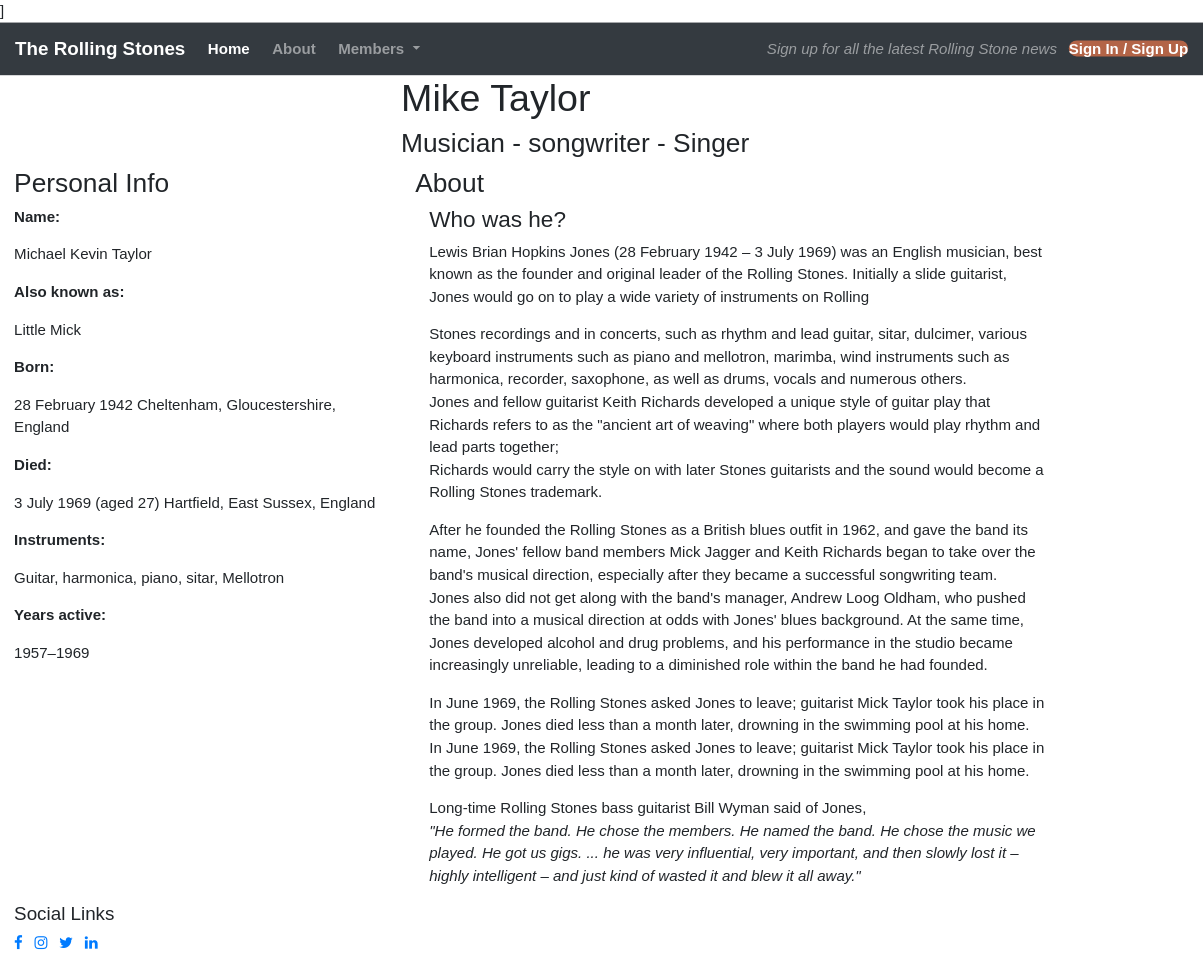
Repository: TecDruid/rolling-stones-fan-site
Page: mike-taylor.html
The author's editor kept a record of every edit. The page is drawn from the files as they stood at one moment, then again after the next edit.
The browser window is 1280 px wide. The pictures show the whole page, at 94% of full size.
Some web fonts or font styles are not loaded; a fallback is used. Some web libraries are served in a nearby version.

Above is the page before.

### mike-taylor.html
<!DOCTYPE html>
<html lang="en">

<head>
    <meta charset="utf-8">
    <meta name="viewport" content="width=device-width, initial-scale=1.0">
    <link rel="stylesheet" href="https://maxcdn.bootstrapcdn.com/bootstrap/4.1.3/css/bootstrap.min.css">
    <link rel="stylesheet" href="https://use.fontawesome.com/releases/v5.6.1/css/all.css" integrity="sha384-gfdkjb5BdAXd+lj+gudLWI+BXq4IuLW5IT+brZEZsLFm++aCMlF1V92rMkPaX4PP" crossorigin="anonymous">
    <link rel="stylesheet" href="https://stackpath.bootstrapcdn.com/font-awesome/4.7.0/css/font-awesome.min.css" type="text/css" />
    <link href="https://fonts.googleapis.com/css?family=Stylish" rel="stylesheet">
    <link rel="stylesheet" href="css/style.css" type="text/css" />
    <title>Mike Taylor</title>
</head>

<body>

    <!----------------------------------------Nav--------------------------------------------->]


    <div class="nav-container"></div>
    <nav class="navbar navbar-dark navbar-expand-sm bg-dark">
        <a href="/" class="navbar-brand">
                    The Rolling Stones</a>

        <button class="navbar-toggler ml-auto" type="button" data-toggle="collapse" data-target="#navbarNavDropdown" aria-controls="navbarNavDropdown" aria-expanded="false" aria-label="Toggle navigation">
        <span class="navbar-toggler-icon"></span></button>

        <div class="collapse navbar-collapse" id="navbarNavDropdown">
            <ul class="navbar-nav mr-auto">
                <li class="active nav-item mr-2"><a class="nav-link" href="/">Home</a></li>
                <li class="nav-item mr-2"><a class="nav-link" href="">About</a></li>
                <li class="nav-item dropdown">
                    <a class="nav-link dropdown-toggle" href="#" id="navbarDropdownMenuLink" role="button" data-toggle="dropdown" aria-haspopup="true" aria-expanded="false">
          Members
        </a>
                    <div class="dropdown-menu" aria-labelledby="navbarDropdownMenuLink">
                        <a class="dropdown-item" href="members/brian-jones.html">Brian Jones</a>
                        <a class="dropdown-item" href="members/mick-jagger.html">Mick Jagger</a>
                        <a class="dropdown-item" href="members/keith-richards.html">Keith Richards</a>
                        <a class="dropdown-item" href="members/bill-wyman.html">Bill Wyman</a>
                        <a class="dropdown-item" href="members/charlie-watts.html">Charlie Watts</a>
                        <a class="dropdown-item" href="members/ronnie-wood.html">Ronnie Wood</a>
                        <a class="dropdown-item" href="members/ian-stewart.html">Ian Stewart</a>
                        <a class="dropdown-item" href="members/mike-taylor.html">Mick Taylor</a>
                    </div>
                </li>

                <li class="nav-item mr-2 d-block d-sm-none"><a class="nav-link" href="">Sign In / Sign Up</a></li>
            </ul>
        </div>
        <div class="d-none d-md-block">
            <p class="navbar-text my-auto mr-2"><i>Sign up for all the latest Rolling Stone news</i></p>
            <a href="/login " class="btn--cta btn--brown">Sign In / Sign Up</a>
        </div>
    </nav>

    <!-- -------------------------- The Header ---------------------------- -->

    <header>
        <div class="row no-gutters">
            <a class="col-md-4 logo" href="index.html"></a>
            <div class="col-md-8">
                <div class="row no-gutters bg-color-name-title">
                    <div class="col heading">
                        <h1 class="name">Mike Taylor</h1>
                        <h3 class="title"> Musician - songwriter - Singer</h3>
                    </div>
                </div>
            </div>
        </div>
    </header>

    <!-- -------------------------- The Section ---------------------------- -->

    <section class="container-fluid">
        <div class="row">
            <div class="col-md-4 bg-colour-personal-info section-column">
                <div class="row">
                    <div class="col-12">
                        <h3 class="section-heading uppercase">Personal Info</h3>
                    </div>
                </div>
                <div class="personal-info-item">
                    <div class="key">
                        <p class="uppercase">
                            <strong>Name:</strong>
                        </p>
                    </div>
                    <div class="value">
                        <p>
                           Michael Kevin Taylor
                        </p>
                    </div>
                </div>
                <div class="personal-info-item">
                    <div class="key">
                        <p class="uppercase">
                            <strong>Also known as:</strong>
                        </p>
                    </div>
                    <div class="value">
                        <p>
                            Little Mick
                        </p>
                    </div>
                </div>
                <div class="personal-info-item">
                    <div class="key">
                        <p class="uppercase">
                            <strong>Born:</strong>
                        </p>
                    </div>
                    <div class="value">
                        <p>
                            28 February 1942 Cheltenham, Gloucestershire, England
                        </p>
                    </div>
                </div>
                <div class="personal-info-item">
                    <div class="key">
                        <p class="uppercase">
                            <strong>Died:</strong>
                        </p>
                    </div>
                    <div class="value">
                        <p>
                            3 July 1969 (aged 27) Hartfield, East Sussex, England
                        </p>
                    </div>
                </div>
                <div class="personal-info-item">
                    <div class="key">
                        <p class="uppercase">
                            <strong>Instruments:</strong>
                        </p>
                    </div>
                    <div class="value">
                        <p>
                            Guitar, harmonica, piano, sitar, Mellotron
                        </p>
                    </div>
                </div>
                <div class="personal-info-item">
                    <div class="key">
                        <p class="uppercase">
                            <strong> Years active:</strong>
                        </p>
                    </div>
                    <div class="value">
                        <p>
                            1957–1969
                        </p>
                    </div>
                </div>
            </div>

            <div class="col-md-8 bg-colour-three-reasons section-column">
                <div class="row">
                    <div class="col">
                        <h3 class="section-heading uppercase">About</h3>
                    </div>
                </div>
                <!-- <div class="row">
                    <div class="col-10 offset-1 offset-sm-0 col-sm-4 col-md-6">
                        <div class="row">
                            <div class="col-2">
                                <i class="three-reasons-icon fa fa-question" aria-hidden="true"></i>
                            </div> -->
                <div class="col-10">
                    <h4 class="three-reasons-heading uppercase">Who was he?</h4>
                    <p>
                        Lewis Brian Hopkins Jones (28 February 1942 – 3 July 1969) was an English musician, best known as the founder and original leader of the Rolling Stones. Initially a slide guitarist, Jones would go on to play a wide variety of instruments on Rolling
                    </p>

                    <p>
                        Stones recordings and in concerts, such as rhythm and lead guitar, sitar, dulcimer, various keyboard instruments such as piano and mellotron, marimba, wind instruments such as harmonica, recorder, saxophone, as well as drums, vocals and numerous others.<br/>                        Jones and fellow guitarist Keith Richards developed a unique style of guitar play that Richards refers to as the "ancient art of weaving" where both players would play rhythm and lead parts together;<br/> Richards would carry the
                        style on with later Stones guitarists and the sound would become a Rolling Stones trademark.
                    </p>
                    <p>
                        After he founded the Rolling Stones as a British blues outfit in 1962, and gave the band its name, Jones' fellow band members Mick Jagger and Keith Richards began to take over the band's musical direction, especially after they became a successful songwriting
                        team.<br/> Jones also did not get along with the band's manager, Andrew Loog Oldham, who pushed the band into a musical direction at odds with Jones' blues background. At the same time, Jones developed alcohol
                        and drug problems, and his performance in the studio became increasingly unreliable, leading to a diminished role within the band he had founded.
                    </p>
                    <p>
                        In June 1969, the Rolling Stones asked Jones to leave; guitarist Mick Taylor took his place in the group. Jones died less than a month later, drowning in the swimming pool at his home. In June 1969, the Rolling Stones asked Jones to leave; guitarist Mick
                        Taylor took his place in the group. Jones died less than a month later, drowning in the swimming pool at his home.
                    </p>
                    <p>Long-time Rolling Stones bass guitarist Bill Wyman said of Jones, <br/><i>"He formed the band. He chose the members. He named the band. He chose the music we played. He got us gigs. ... he was very influential, very important, and then slowly
                        lost it – highly intelligent – and just kind of wasted it and blew it all away."</i>
                    </p>
                </div>
            </div>
        </div>

        </div>
        </div>
        </div>

    </section>

    <!-- -------------------------- The Footer ---------------------------- -->

    <footer class="container-fluid">
        <div id="footer-details" class="row">
            <div class="col-sm-4">
                <h5 class="uppercase general-sub">Social Links</h5>

                <ul class="list-inline social-links">
                    <li class="list-inline-item">
                        <a target="_blank" href="#">
                            <i class="fa fa-facebook" aria-hidden="true"></i>
                            <span class="sr-only">Facebook</span>
                        </a>
                    </li>
                    <li class="list-inline-item">
                        <a target="_blank" href="#">
                            <i class="fa fa-instagram" aria-hidden="true"></i>
                            <span class="sr-only">Instagram</span>
                            </a>
                    </li>

                    <li class="list-inline-item">
                        <a target="_blank" href="#">
                            <i class="fa fa-twitter" aria-hidden="true"></i>
                            <span class="sr-only">Twitter</span>
                            </a>
                    </li>
                    <li class="list-inline-item">
                        <a target="_blank" href="#">
                            <i class="fa fa-linkedin" aria-hidden="true"></i>
                            <span class="sr-only">LinkedIn</span>
                        </a>
                    </li>
                </ul>

            </div>
        </div>
    </footer>
</body>

</html>

### css/style.css
body {
    font-family: 'Stylish', sans-serif;
}

/* Containers */

.nav-container {
    position: absolute;
    top: 0;
    right: 0;
    margin-left: 0;
    margin-right: 0;
    z-index: 1;

}

.navbar .navbar-brand {
    font-weight: bold;
}

.navbar .navbar-nav a {
    font-weight: bold;
}

.navbar-toggler {
    border-width: 0;
}

.alert-warning {
    padding-left: 10;
    padding-right: 0;
    color: #fff;
    background-color: #c9572b;
}

.alert {
    margin-bottom: 0;
    border-width: 0;
    border-radius: 0;
}

.callout-container {
    height: 100vh;

    background: url('../img/the-rolling-stones-bg.jpg') no-repeat bottom right fixed;
    -webkit-background-size: cover;
    -moz-background-size: cover;
    -o-background-size: cover;
    background-size: cover;

    display: flex;
    align-items: center;
    justify-content: center;

    position: relative;
}

.callout2-container {
    height: 100vh;

    background: url('../img/the-rolling-stones-bg2.jpg') no-repeat bottom right fixed;
    -webkit-background-size: cover;
    -moz-background-size: cover;
    -o-background-size: cover;
    background-size: cover;

    display: flex;
    align-items: center;
    justify-content: center;

    position: relative;
}

.opaque-overlay {
    position: absolute;
    top: 0;
    left: 0;
    height: 100%;
    width: 100%;
    background-color: rgba(0, 0, 0, 0.5);
}

.features-container {
    background-color: #c9572b;
}

/* Block dividers */

.block-divider {
    width: 175px;
    height: 5px;
    border: 0;
    background-color: #444;
}

.block-divider--orange {
    background-color: #f88f10;
}

.block-divider--short {
    width: 35px;
}

/* Jumbotron */

.jumbotron {
    background-color: transparent;
}

.jumbotron h1 {
    color: white;
    font-weight: bold;
    margin-bottom: 30px;
    color: white;
}

.jumbotron .lead {
    color: #a7a7a7;
    margin: 25px 0;
}

.jumbotron small {
    font-size: 60%;
    font-style: italic;
    color: #d0d0d0;
}

/* Buttons */

.btn--cta {
    font-weight: bold;
    border-radius: 23px;
    width: 160px;
}

.btn--brown {
    color: white;
    background-color: #b36447;
    border-color: #b36447;
}

.btn--brown:hover,
.btn--brown:active,
.btn--brown:focus,
.btn--brown:active:focus {
    background-color: #df4929;
    border-color: #df4929;
    color: white;
}

After the next edit:
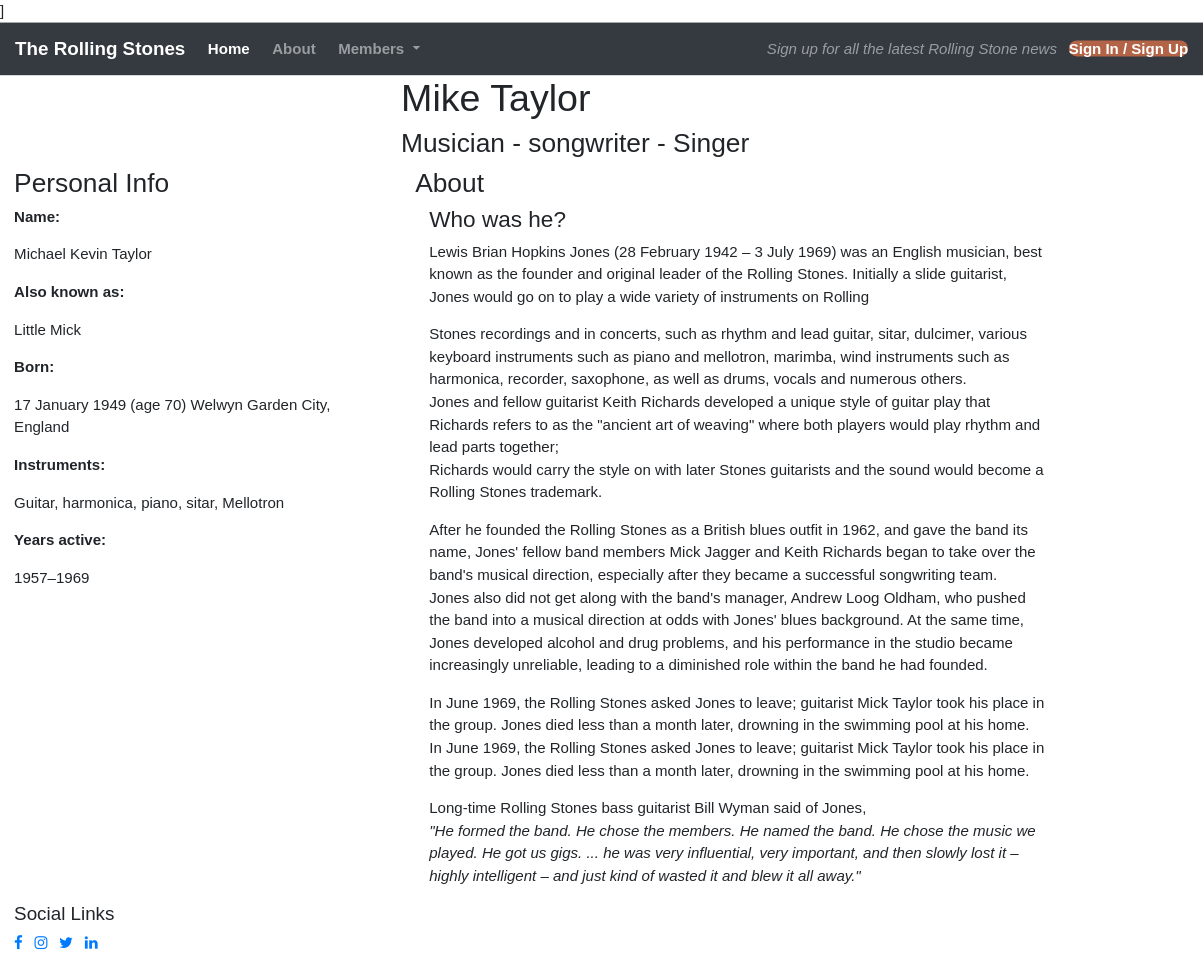
The edit:
--- a/mike-taylor.html
+++ b/mike-taylor.html
@@ -88,7 +88,7 @@
                     </div>
                     <div class="value">
                         <p>
-                           Michael Kevin Taylor
+                            Michael Kevin Taylor
                         </p>
                     </div>
                 </div>
@@ -112,19 +112,7 @@
                     </div>
                     <div class="value">
                         <p>
-                            28 February 1942 Cheltenham, Gloucestershire, England
-                        </p>
-                    </div>
-                </div>
-                <div class="personal-info-item">
-                    <div class="key">
-                        <p class="uppercase">
-                            <strong>Died:</strong>
-                        </p>
-                    </div>
-                    <div class="value">
-                        <p>
-                            3 July 1969 (aged 27) Hartfield, East Sussex, England
+                            17 January 1949 (age 70) Welwyn Garden City, England
                         </p>
                     </div>
                 </div>
@@ -178,8 +166,9 @@
                     </p>
                     <p>
                         After he founded the Rolling Stones as a British blues outfit in 1962, and gave the band its name, Jones' fellow band members Mick Jagger and Keith Richards began to take over the band's musical direction, especially after they became a successful songwriting
-                        team.<br/> Jones also did not get along with the band's manager, Andrew Loog Oldham, who pushed the band into a musical direction at odds with Jones' blues background. At the same time, Jones developed alcohol
-                        and drug problems, and his performance in the studio became increasingly unreliable, leading to a diminished role within the band he had founded.
+                        team.
+                        <br/> Jones also did not get along with the band's manager, Andrew Loog Oldham, who pushed the band into a musical direction at odds with Jones' blues background. At the same time, Jones developed alcohol and drug problems, and
+                        his performance in the studio became increasingly unreliable, leading to a diminished role within the band he had founded.
                     </p>
                     <p>
                         In June 1969, the Rolling Stones asked Jones to leave; guitarist Mick Taylor took his place in the group. Jones died less than a month later, drowning in the swimming pool at his home. In June 1969, the Rolling Stones asked Jones to leave; guitarist Mick
